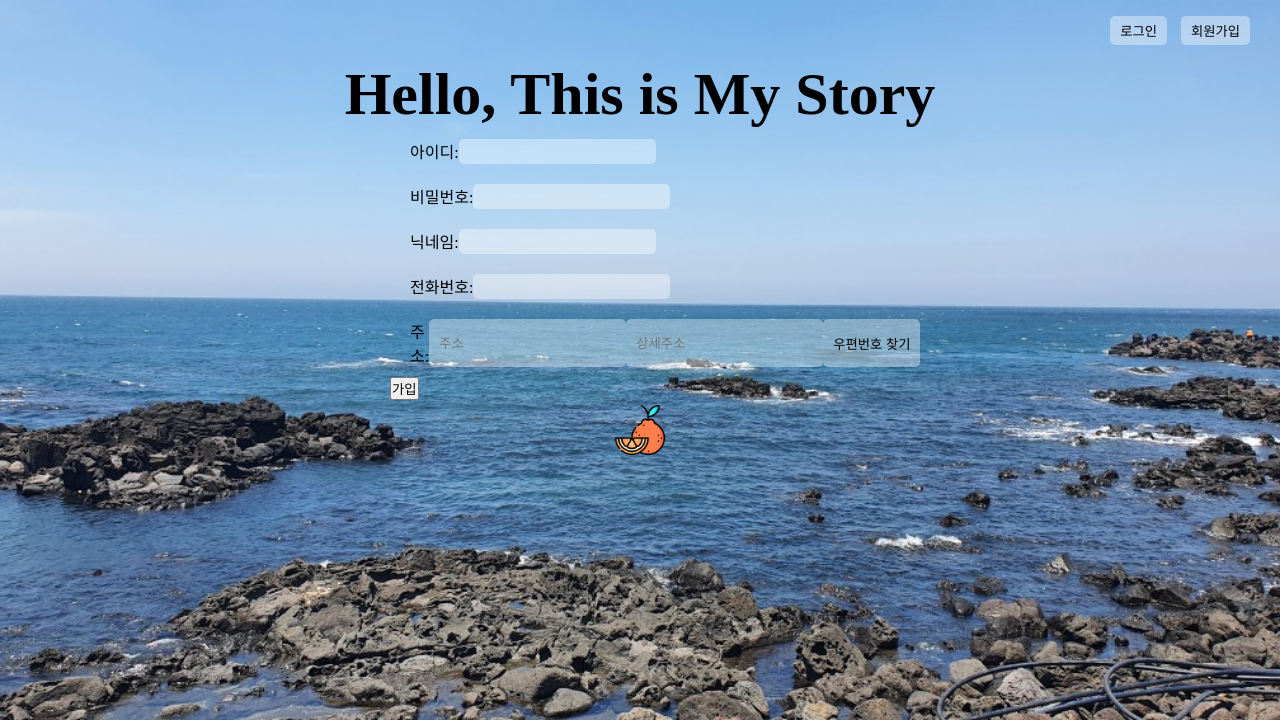
Repository: jeeniii/test2022_12_29
Page: http://localhost/portfolio/mem/join
The author's editor kept a copy of each file at every save. The page is drawn from the files as they stood at one save, then again after the next save.
The browser window is 1280 px wide. The pictures show the whole page.
The page is served by Tomcat 9. Other server files are loaded and not shown.

Above is the page before, as saved 2022-12-13 07:44:50.

### JSP_Portfolio/portfolio/src/main/webapp/member/join.jsp
<%@ page language="java" contentType="text/html; charset=UTF-8"
    pageEncoding="UTF-8"%>
<!DOCTYPE html>
<html>
<head>
<meta charset="UTF-8">
<title>Insert title here</title>
<link rel="stylesheet" href="/resources/css/join.css" type="text/css">
<%@ include file="/header.jsp" %>
</head>
<body>
<section>
	<form action="/mem/register" method="post">
		<div class="j_put">
		<span>
			아이디:
		</span>
			 <input type="text" name="id" > <br>
		</div>
		<div class="j_put">
			<span>
				비밀번호:
			</span>
				 <input type="password" name="pwd"> <br>
		</div>
		<div class="j_put">
			<span>
				닉네임:
			</span>
				 <input type="text" name="nick_name"> <br>
		</div>
		<div class="j_put">
			<span>
				전화번호:
			</span>
				 <input type="text" name="phone" oninput="hypenTel(this)" maxlength="13"> <br>
		</div>
		<div class="j_put">
		<span>
			주소:
		</span>

				<input type="hidden" id="sample6_postcode" placeholder="우편번호"><br>
				<input type="text" name="addr1" id="sample6_address" placeholder="주소">
				<input type="text" name="addr2" id="sample6_detailAddress" placeholder="상세주소">
				<input type="button" onclick="sample6_execDaumPostcode()" value="우편번호 찾기">
				<input type="hidden" id="sample6_extraAddress" placeholder="참고항목"> <br><br>
		</div>
			<button type="submit">가입</button>
	</form>
</section>
<script src="//t1.daumcdn.net/mapjsapi/bundle/postcode/prod/postcode.v2.js"></script>
<script type="text/javascript">


const hypenTel = (target) => {
	 target.value = target.value
	   .replace(/[^0-9]/g, '')
	   .replace(/^(\d{2,3})(\d{3,4})(\d{4})$/, `$1-$2-$3`);
}

function sample6_execDaumPostcode() {
    new daum.Postcode({
        oncomplete: function(data) {
            var addr = '';
            var extraAddr = '';

            if (data.userSelectedType === 'R') {
                addr = data.roadAddress;
            } else {
                addr = data.jibunAddress;
            }

            if(data.userSelectedType === 'R'){
                if(data.bname !== '' && /[동|로|가]$/g.test(data.bname)){
                    extraAddr += data.bname;
                }
                if(data.buildingName !== '' && data.apartment === 'Y'){
                    extraAddr += (extraAddr !== '' ? ', ' + data.buildingName : data.buildingName);
                }
                if(extraAddr !== ''){
                    extraAddr = ' (' + extraAddr + ')';
                }
                document.getElementById("sample6_extraAddress").value = extraAddr;

            } else {
                document.getElementById("sample6_extraAddress").value = '';
            }

            document.getElementById('sample6_postcode').value = data.zonecode;
            document.getElementById("sample6_address").value = addr;
            document.getElementById("sample6_detailAddress").focus();
        }
    }).open();
}
</script>
<%@ include file="/footer.jsp" %>
</body>
</html>

### JSP_Portfolio/portfolio/src/main/webapp/header.jsp
<%@ page language="java" contentType="text/html; charset=UTF-8"
    pageEncoding="UTF-8"%>
    <%@ taglib uri="http://java.sun.com/jsp/jstl/core" prefix="c" %>
<!DOCTYPE html>
<html>
<head>
<meta charset="UTF-8">

<link rel="stylesheet" href="/resources/css/header.css" type="text/css">
</head>
<body>
	<header>
		<div class="realHeader">
			<div class="headbar">
				<ul>

					<c:if test="${ses.id ne null }">
						<li>
							${ses.nick_name }님
						</li>
						<li>
							<a href="/mem/logout?id=${ses.id }"><button type="button">로그아웃</button></a>
						</li>
						<li>
							<a href="/mem/modify?id=${ses.id }"><button type="button">회원정보수정</button></a>
						</li>
					</c:if>

					<c:if test="${ses.id eq null }">
						<li>
							<a href="/mem/login"><button type="button">로그인</button></a>
						</li>
						<li>
							<a href="/mem/join"><button type="button"> 회원가입</button></a>
						</li>
					</c:if>
				</ul>
			</div>
		</div>
		<div class="topic">
			<h1>Hello, This is My Story</h1>
		</div>
	</header>
</body>
</html>

### JSP_Portfolio/portfolio/src/main/webapp/footer.jsp
<%@ page language="java" contentType="text/html; charset=UTF-8"
    pageEncoding="UTF-8"%>
    <%@ taglib uri="http://java.sun.com/jsp/jstl/core" prefix="c" %>
<!DOCTYPE html>
<html>
<head>
<meta charset="UTF-8">
<title>Insert title here</title>
<link rel="stylesheet" href="/resources/css/footer.css" type="text/css">
</head>
<body>
<footer>
		<a href="/" id="hanlabtn"><button type="button"><img src="/resources/한라봉.png" id="hanlabong"></button></a>
</footer>
</body>
</html>

### JSP_Portfolio/portfolio/src/main/java/controller/MemberController.java
package controller;

import java.io.IOException;
import java.util.List;

import javax.servlet.RequestDispatcher;
import javax.servlet.ServletException;
import javax.servlet.annotation.WebServlet;
import javax.servlet.http.HttpServlet;
import javax.servlet.http.HttpServletRequest;
import javax.servlet.http.HttpServletResponse;
import javax.servlet.http.HttpSession;

import org.slf4j.Logger;
import org.slf4j.LoggerFactory;

import domain.MemberVO;
import service.MemberService;
import service.MemberServiceImpl;

@WebServlet("/mem/*")
public class MemberController extends HttpServlet {
	private static final long serialVersionUID = 1L;
	private Logger log=LoggerFactory.getLogger(MemberController.class);
    private MemberService msv;
    private RequestDispatcher rdp;
    private String destPage;
    private int isOk;

    public MemberController() {
    	msv=new MemberServiceImpl();
    }

	protected void service(HttpServletRequest req, HttpServletResponse res) throws ServletException, IOException {
		req.setCharacterEncoding("utf-8");
		res.setCharacterEncoding("utf-8");
		res.setContentType("text/html; charset=utf-8");

		String uri=req.getRequestURI();
		String path=uri.substring(uri.lastIndexOf("/")+1);
		log.info("uri>> "+uri);
		log.info("path>> "+path);

		switch(path) {
		case "login":
			destPage="/member/login.jsp";
			break;

		case "join":
			destPage="/member/join.jsp";

			break;

		case "register":
			try {
				log.info("register check1");
				MemberVO mvo=new MemberVO(
						req.getParameter("id"),
						req.getParameter("pwd"),
						req.getParameter("nick_name"),
						req.getParameter("phone"),
						req.getParameter("addr1")+req.getParameter("addr2"));
				System.out.println(mvo.getId()=="");
				System.out.println(mvo.getPwd()=="");
				System.out.println(mvo.getNick_name()=="");
				System.out.println(mvo.getPhone()=="");
				if(
						mvo.getId()==""||
						mvo.getPwd()==""||
						mvo.getNick_name()==""||
						mvo.getPhone()=="") {
					log.info("Resend check");
					req.setAttribute("msg_register", false);
					//res.sendRedirect("/");
					destPage="/";
					//return;
				}else {
					isOk=msv.register(new MemberVO(
							req.getParameter("id"),
							req.getParameter("pwd"),
							req.getParameter("nick_name"),
							req.getParameter("phone"),
							req.getParameter("addr1").concat(", ").concat(req.getParameter("addr2"))));
					//concate으로 addr1과 addr2를 이어 붙이면서 그 가운데에 ", "도 더해준다.
					if(isOk>0) {
						req.setAttribute("msg_register", true);
					}
					log.info("register check4");
					destPage="/";
				}
			} catch (Exception e) {
				log.info("register error");
				e.printStackTrace();
			}
			break;

		case "login_auth": //실제 로그인이 일어나는 케이스
			try {
				MemberVO mvo=msv.login(new MemberVO(req.getParameter("id"),req.getParameter("pwd")));
				log.info("login check");
				if(mvo != null) {
					//세션 가져오기. 연결된 세션이 없다면 새로 생성
					HttpSession ses=req.getSession();
					//ses로 mvo를 바인딩
					ses.setAttribute("ses", mvo);
					ses.setMaxInactiveInterval(10*60);
					req.setAttribute("msg_login", true);
				}else {
					req.setAttribute("msg_login", false);
				}
				destPage="/";
			} catch (Exception e) {
				log.info("login_auth error");
				e.printStackTrace();
			}
			break;

		case "logout":
			try {
				HttpSession ses=req.getSession();
				ses.invalidate(); //무효화하다
				//로그인 정보 id를 주고 로그인 시간 update
				isOk=msv.lastLogin(req.getParameter("id"));
				log.info("check1");
				log.info("logout>> :"+(isOk>0?"Ok":"Fail"));
				destPage="/";
			} catch (Exception e) {
				log.info("logout error");
				e.printStackTrace();
			}
			break;

		case "list":
			try {
				log.info("list 1");
				List<MemberVO> list=msv.getList();
				req.setAttribute("list", list);
				log.info("list 4");
				destPage="/member/list.jsp";
			} catch (Exception e) {
				log.info("list error");
				e.printStackTrace();
			}
			break;

		case "modify":
			try {
				log.info("modify1");
				String id=req.getParameter("id");
				MemberVO mvo=msv.modify(id);
				req.setAttribute("mvo", mvo);
				log.info("modify4");
				destPage="/member/modify.jsp";
			} catch (Exception e) {
				log.info("modify error");
				e.printStackTrace();
			}
			break;

		case "update":
			try {
				log.info("update1");
				String id=req.getParameter("id");
				String pwd=req.getParameter("pwd");
				String nick_name=req.getParameter("nick_name");
				String phone=req.getParameter("phone");
				String addr=req.getParameter("addr1").concat(", ").concat(req.getParameter("addr2"));
				MemberVO mvo=new MemberVO(id,pwd,nick_name,phone,addr);
				isOk=msv.update(mvo);
				log.info("update4");
				if(isOk>0) {
					HttpSession ses=req.getSession();
					ses.setAttribute("ses", mvo);
					ses.setMaxInactiveInterval(10*60);
				}else {
					req.setAttribute("msg_update", 0);
				}
				log.info("controller update> "+(isOk>0?"ok":"fail"));
				destPage="/";
			} catch (Exception e) {
				log.info("update error");
				e.printStackTrace();
			}
			break;

		case "remove":
			try {
				log.info("remove1");
				String id=req.getParameter("id");
				HttpSession ses=req.getSession();
				ses.invalidate();
				isOk=msv.remove(id);
				destPage="/";
				log.info("remove4");
			} catch (Exception e) {
				log.info("remove error");
				e.printStackTrace();
				break;

			}
		default:
			break;
		}

		rdp=req.getRequestDispatcher(destPage);
		rdp.forward(req, res);
	}

	protected void doGet(HttpServletRequest request, HttpServletResponse response) throws ServletException, IOException {
		service(request, response);
	}

	protected void doPost(HttpServletRequest request, HttpServletResponse response) throws ServletException, IOException {
		service(request, response);
	}

}

### JSP_Portfolio/portfolio/src/main/java/service/MemberServiceImpl.java
package service;

import java.util.List;

import org.slf4j.Logger;
import org.slf4j.LoggerFactory;

import domain.MemberVO;
import repository.MemberDAO;
import repository.MemberDAOImpl;

public class MemberServiceImpl implements MemberService {
	private static final Logger log=LoggerFactory.getLogger(MemberServiceImpl.class);
	private MemberDAO mdao;

	public MemberServiceImpl() {
		mdao=new MemberDAOImpl();
	}

	@Override
	public int register(MemberVO mvo) {
		log.info("register check2");
		return mdao.insert(mvo);
	}

	@Override
	public MemberVO login(MemberVO mvo) {
		log.info("login check2");
		return mdao.selectOne(mvo);
	}

	@Override
	public int lastLogin(String id) {
		log.info("logout check2");
		return mdao.update(id);
	}

	@Override
	public List<MemberVO> getList() {
		log.info("list check2");
		return mdao.seletList();
	}

	@Override
	public MemberVO modify(String id) {
		log.info("modify check2");
		return mdao.modify(id);
	}

	@Override
	public int update(MemberVO mvo) {
		log.info("update check2");
		return mdao.update(mvo);
	}

	@Override
	public int remove(String id) {
		log.info("remove2");
		return mdao.delete(id);
	}

}

### JSP_Portfolio/portfolio/src/main/java/repository/MemberDAO.java
package repository;

import java.util.List;

import domain.MemberVO;

public interface MemberDAO {

	int insert(MemberVO mvo);

	MemberVO selectOne(MemberVO mvo);

	int update(String id);

	List<MemberVO> seletList();

	MemberVO modify(String id);

	int update(MemberVO mvo);

	int delete(String id);

}

### JSP_Portfolio/portfolio/src/main/java/repository/MemberDAOImpl.java
package repository;


import java.util.List;

import org.apache.ibatis.session.SqlSession;
import org.slf4j.Logger;
import org.slf4j.LoggerFactory;

import domain.MemberVO;
import orm.DataBaseBuilder;

public class MemberDAOImpl implements MemberDAO {
	private static final Logger log=LoggerFactory.getLogger(MemberDAOImpl.class);
	private SqlSession sql;
	private final String NS="MemberMapper.";

	public MemberDAOImpl() {
		new DataBaseBuilder();
		sql=DataBaseBuilder.getFactory().openSession();
	}

	@Override
	public int insert(MemberVO mvo) {
		log.info("check");
		int isOk=sql.insert(NS+"add",mvo);
		if(isOk>0) {
			sql.commit();
		}
		log.info("register check3");
		return isOk;
	}

	@Override
	public MemberVO selectOne(MemberVO mvo) {
		log.info("login check3");
		return sql.selectOne(NS+"login",mvo);
	}

	@Override
	public int update(String id) {
		int isOk=sql.update(NS+"last",id);
		if(isOk>0) {
			sql.commit();
		}
		log.info("logout check3");
		return isOk;
	}

	@Override
	public List<MemberVO> seletList() {
		log.info("list check3");
		return sql.selectList(NS+"list");
	}

	@Override
	public MemberVO modify(String id) {
		log.info("modify check3");
		return sql.selectOne(NS+"modify",id);
	}

	@Override
	public int update(MemberVO mvo) {
		int isOk=sql.update(NS+"update",mvo);
		if(isOk>0) {
			sql.commit();
		}
		log.info("update check3");
		return isOk;
	}

	@Override
	public int delete(String id) {
		log.info("remove3");
		int isOk=sql.delete(NS+"delete",id);
		if(isOk>0) {
			sql.commit();
		}
		return isOk;
	}

}

### JSP_Portfolio/portfolio/src/main/java/orm/DataBaseBuilder.java
package orm;

import org.apache.ibatis.io.Resources;
import org.apache.ibatis.session.SqlSessionFactory;
import org.apache.ibatis.session.SqlSessionFactoryBuilder;

public class DataBaseBuilder {
	private static SqlSessionFactory factory;

	static {
		try {
			factory=new SqlSessionFactoryBuilder().build(Resources.getResourceAsReader("orm/MybatisConfig.xml"));
		} catch (Exception e) {
			System.out.println("mybatis error");
			e.printStackTrace();
		}
	}
	public static SqlSessionFactory getFactory() {
		return factory;
	}

}

### JSP_Portfolio/portfolio/src/main/java/domain/MemberVO.java
package domain;

public class MemberVO {
	/*create table member3 (
	id varchar(100) not null,
	pwd varchar(100) not null,
	nick_name varchar(100) not null,
	reg_at datetime default current_timestamp,
	last_login datetime not null,
	primary key(id));*/
	private String id;
	private String pwd;
	private String nick_name;
	private String phone;
	private String addr;
	private String reg_at;
	private String last_login;

	public MemberVO() {}

	//login(id,pwd)
	public MemberVO(String id,String pwd) {
		this.id=id;
		this.pwd=pwd;
	}
	//join,modify(id,pwd,nick_name)
	public MemberVO(String id,String pwd,String nick_name,String phone,String addr) {
		this.id=id;
		this.pwd=pwd;
		this.nick_name=nick_name;
		this.phone=phone;
		this.addr=addr;
	}
	//list(all)
	public MemberVO(String id,String pwd,String nick_name,String phone,String addr,String reg_at,String last_login) {
		this.id=id;
		this.pwd=pwd;
		this.nick_name=nick_name;
		this.phone=phone;
		this.addr=addr;
		this.reg_at=reg_at;
		this.last_login=last_login;
	}

	public String getId() {
		return id;
	}

	public void setId(String id) {
		this.id = id;
	}

	public String getPwd() {
		return pwd;
	}

	public void setPwd(String pwd) {
		this.pwd = pwd;
	}

	public String getNick_name() {
		return nick_name;
	}

	public void setNick_name(String nick_name) {
		this.nick_name = nick_name;
	}

	public String getReg_at() {
		return reg_at;
	}

	public void setReg_at(String reg_at) {
		this.reg_at = reg_at;
	}

	public String getLast_login() {
		return last_login;
	}

	public void setLast_login(String last_login) {
		this.last_login = last_login;
	}

	public String getPhone() {
		return phone;
	}

	public void setPhone(String phone) {
		this.phone = phone;
	}

	public String getAddr() {
		return addr;
	}

	public void setAddr(String addr) {
		this.addr = addr;
	}

}

### JSP_Portfolio/portfolio/src/main/java/domain/BoardVO.java
package domain;

public class BoardVO {
	private int bno;
	private String title;
	private String writer;
	private String content;
	private String reg_date;
	private int read_count;
	private String image_file;

	public BoardVO() {}

	//insert(title,writer,content)
	public BoardVO(String title,String writer,String content) {
		this.title=title;
		this.writer=writer;
		this.content=content;
	}
	//list(bno,title,writer,reg_date,read_count)
	public BoardVO(int bno,String title,String writer,String reg_date,int read_count) {
		this.bno=bno;
		this.title=title;
		this.writer=writer;
		this.reg_date=reg_date;
		this.read_count=read_count;
	}
	//update(bno,title,content)
	public BoardVO(int bno,String title,String content) {
		this.bno=bno;
		this.title=title;
		this.content=content;
	}
	//count(bno,read_count)
	public BoardVO(int bno,int read_count) {
		this.bno=bno;
		this.read_count=read_count;
	}

	public int getBno() {
		return bno;
	}

	public void setBno(int bno) {
		this.bno = bno;
	}

	public String getTitle() {
		return title;
	}

	public void setTitle(String title) {
		this.title = title;
	}

	public String getWriter() {
		return writer;
	}

	public void setWriter(String writer) {
		this.writer = writer;
	}

	public String getContent() {
		return content;
	}

	public void setContent(String content) {
		this.content = content;
	}

	public String getReg_date() {
		return reg_date;
	}

	public void setReg_date(String reg_date) {
		this.reg_date = reg_date;
	}

	public int getRead_count() {
		return read_count;
	}

	public void setRead_count(int read_count) {
		this.read_count = read_count;
	}

	public String getImage_file() {
		return image_file;
	}

	public void setImage_file(String image_file) {
		this.image_file = image_file;
	}

}

### JSP_Portfolio/portfolio/src/main/java/domain/PagingVO.java
package domain;

public class PagingVO {
	private int pageNo;
	private int qty;

	public PagingVO() {
		this(1,5);
	}

	public PagingVO(int pageNo,int qty) {
		this.pageNo=pageNo;
		this.qty=qty;
	}

	public int getPageStart() {
		return (this.pageNo-1)*qty;
	}

	public void setPageNo(int pageNo) {
		this.pageNo = pageNo;
	}

	public int getQty() {
		return qty;
	}

	public void setQty(int qty) {
		this.qty = qty;
	}

	public int getPageNo() {
		return pageNo;
	}

}

### JSP_Portfolio/portfolio/src/main/webapp/resources/css/join.css
@charset "UTF-8";
form{
	width:500px;
	margin: 0 auto;
	padding: 0px;
}
section{
}
.j_put{
	display: inline-flex;
	width: 100%;
	padding: 10px 20px;
}
.j_put>input{
	border: 0px;
	padding: 5px 10px;
	border-radius: 5px;
	background-color: rgba(255, 255, 255, 0.377);
}

### JSP_Portfolio/portfolio/src/main/webapp/resources/css/header.css
@charset "UTF-8";
* {
    margin: 0;
    padding: 0;
    box-sizing: border-box;
}
body{
	width:100%;
	height:100%;
	background-image: url("/resources/제주 바다.jpg");
	background-repeat: no-repeat;
	background-size: cover;
}
.topic{
	text-align: center;
	font-size: 30px;
}
.realHeader{
	height: 60px;
}
.headbar{
	display: flex;
	align-items: center;
	float: right;
	padding: 0px 30px;
	height: 60px;
}
.headbar>ul{
    list-style-type: none;
}
.headbar>ul>li{
	display: inline;;
	margin-left: 10px;
	line-height: 30px;
	vertical-align: middle;
}
.headbar>ul>li>a{
	font-size: 20px;
	font-weight: 700px;
	color: black;
    text-decoration-line:none ;
}
button[type="button"]{
	border: 0px;
	padding: 5px 10px;
	border-radius: 5px;
	background-color: rgba(255, 255, 255, 0.377);
}

### JSP_Portfolio/portfolio/src/main/webapp/resources/css/footer.css
@charset "UTF-8";
#hanlabong{
    width: 50px;
    height: 50px;
}

#hanlabtn{
	background-color: transparent;
	border:none;
	cursor: pointer;
}
#hanlabtn button{
	background-color: transparent;
	border:none;
	cursor: pointer;

}
#hanlabtn:hover{
	transform:scale(1.5);
  	transition: transform .5s;
}
footer{
	width: 100%;
	display: flex;
	justify-content: center;
}

After the next save:
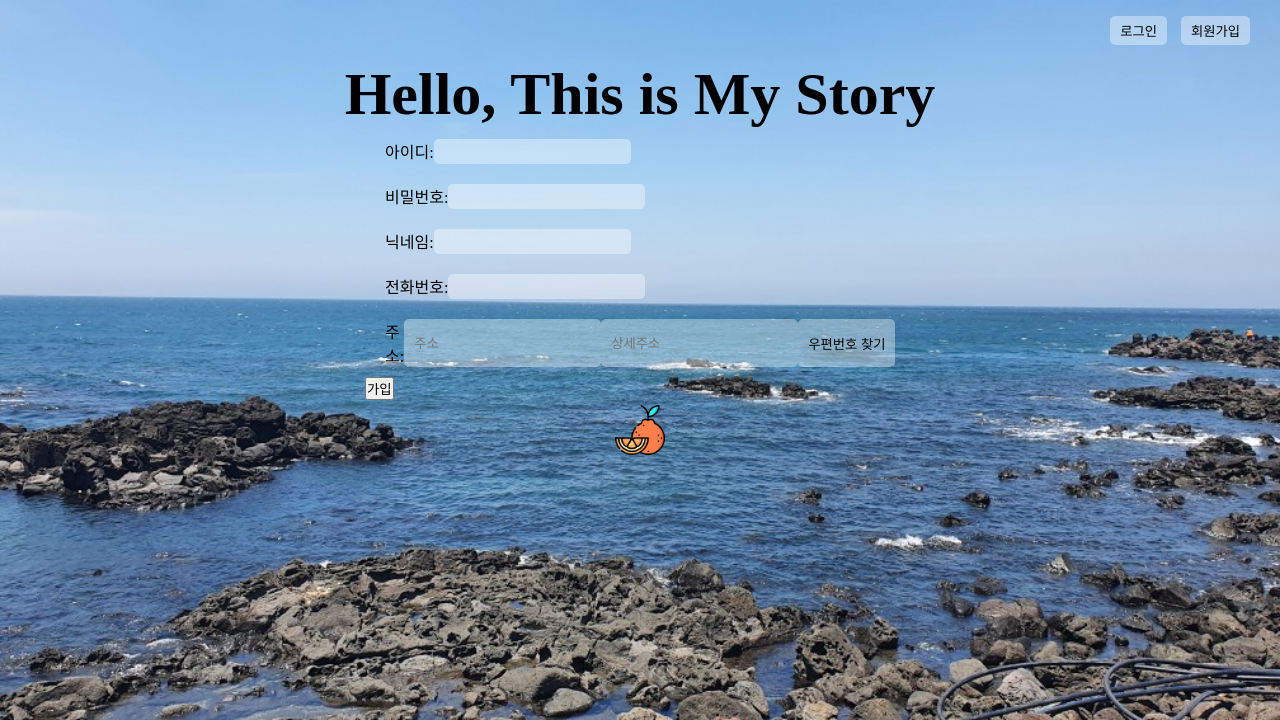
Saved 2 min 20 s later.
--- a/JSP_Portfolio/portfolio/src/main/webapp/resources/css/join.css
+++ b/JSP_Portfolio/portfolio/src/main/webapp/resources/css/join.css
@@ -1,6 +1,6 @@
 @charset "UTF-8";
 form{
-	width:500px;
+	width:550px;
 	margin: 0 auto;
 	padding: 0px;
 }
